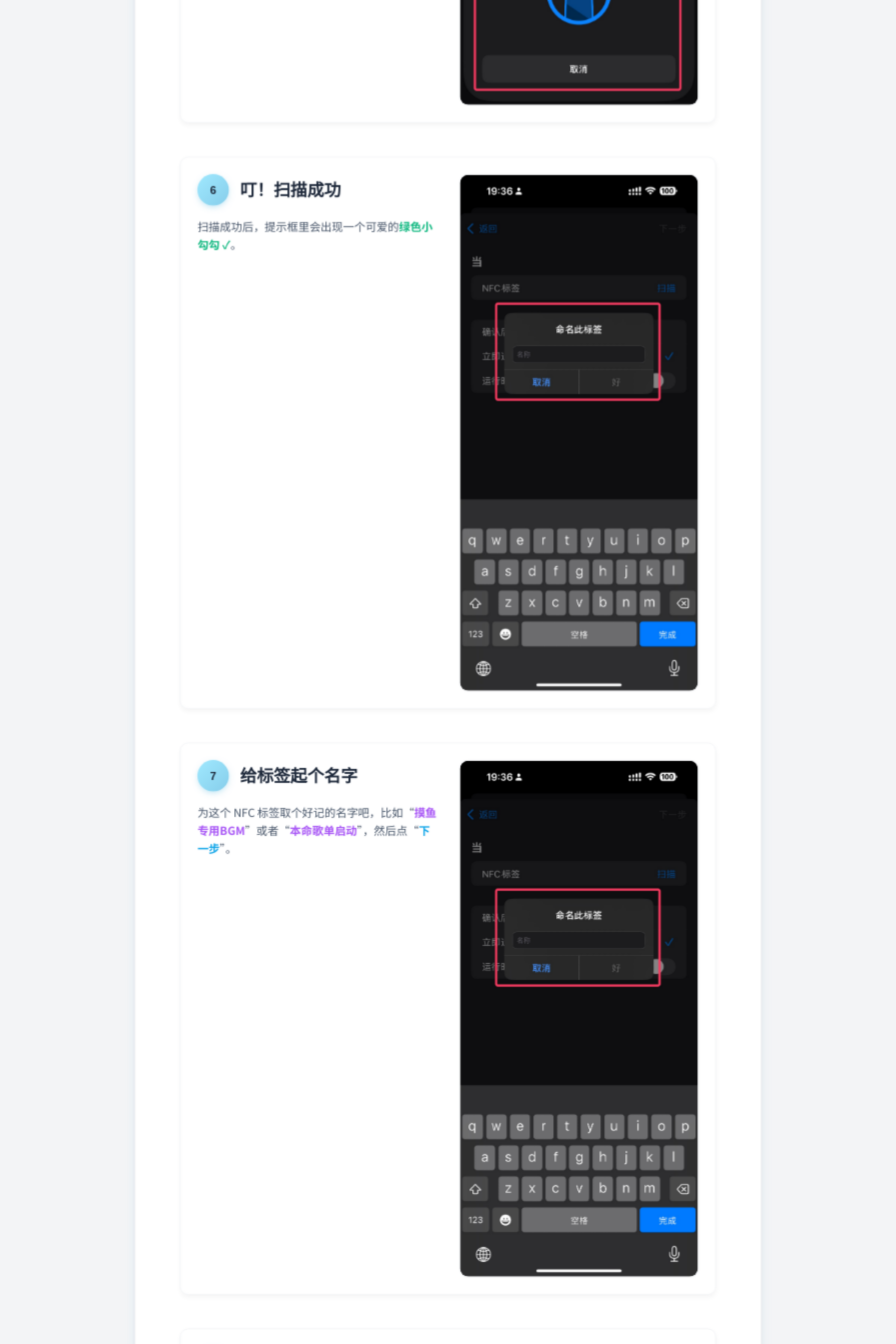
Repository: jememouse/nfc-music-card
Page: 苹果-NFC音乐小卡.html
The author's editor kept a copy of each file at every save. The page is drawn from the files as they stood at one save, then again after the next save.
The browser window is 1280 px wide. The pictures show the part of the page from y = 4334 to 6254 px (the page is 8575 px tall before and 7949 px after), at 70% of full size.
Pictures or frames that could not be fetched are drawn as grey boxes. Some web fonts or font styles are not loaded; a fallback is used. Some web libraries are served in a nearby version.

Above is the page before, as saved 2025-04-29 18:37:28.

After the next save:
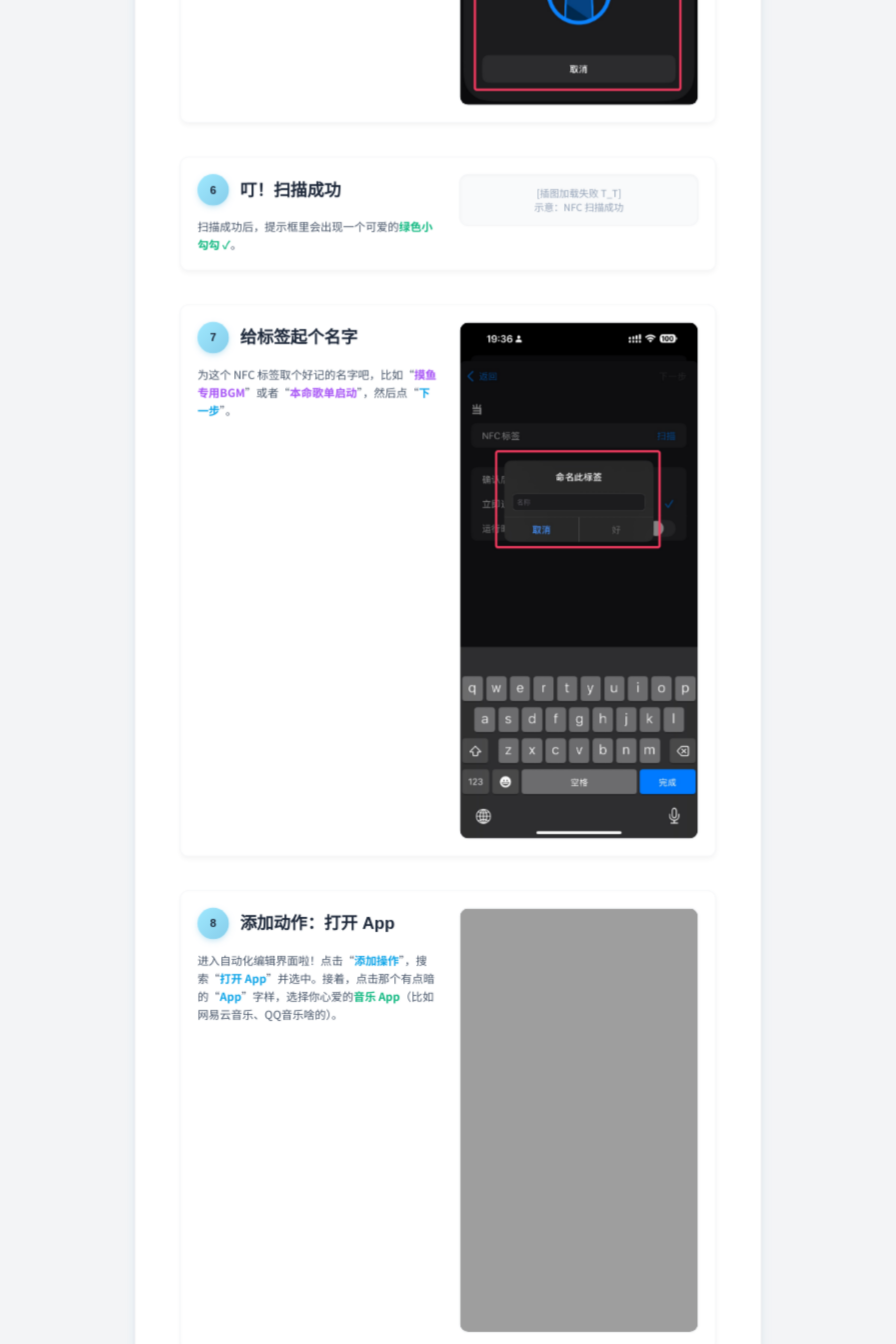
Console error: TypeError: Cannot read properties of null (reading 'style')
Not found: images/IMG_4609.jpeg
Saved 117 s later.
--- a/苹果-NFC音乐小卡.html
+++ b/苹果-NFC音乐小卡.html
@@ -315,7 +315,7 @@
                     </p>
                 </div>
                  <div class="md:w-1/2 mt-5 md:mt-0 instruction-image-container">
-                     <img src="images/IMG_4610.jpeg"
+                     <img src="images/IMG_4609.jpeg"
                           onerror="this.onerror=null; this.parentElement.innerHTML = '<div class=\'flex items-center justify-center h-full text-slate-400 text-sm p-4 text-center\'>[插图加载失败 T_T] <br> 示意：NFC 扫描成功</div>'; this.parentElement.style.border='1px dashed #cbd5e1'; this.parentElement.style.minHeight='200px';"
                           alt="[插图示意：显示“扫描NFC标签”弹窗，内容变为打勾图标]"
                           class="instruction-image">

After the 2 saves that followed:
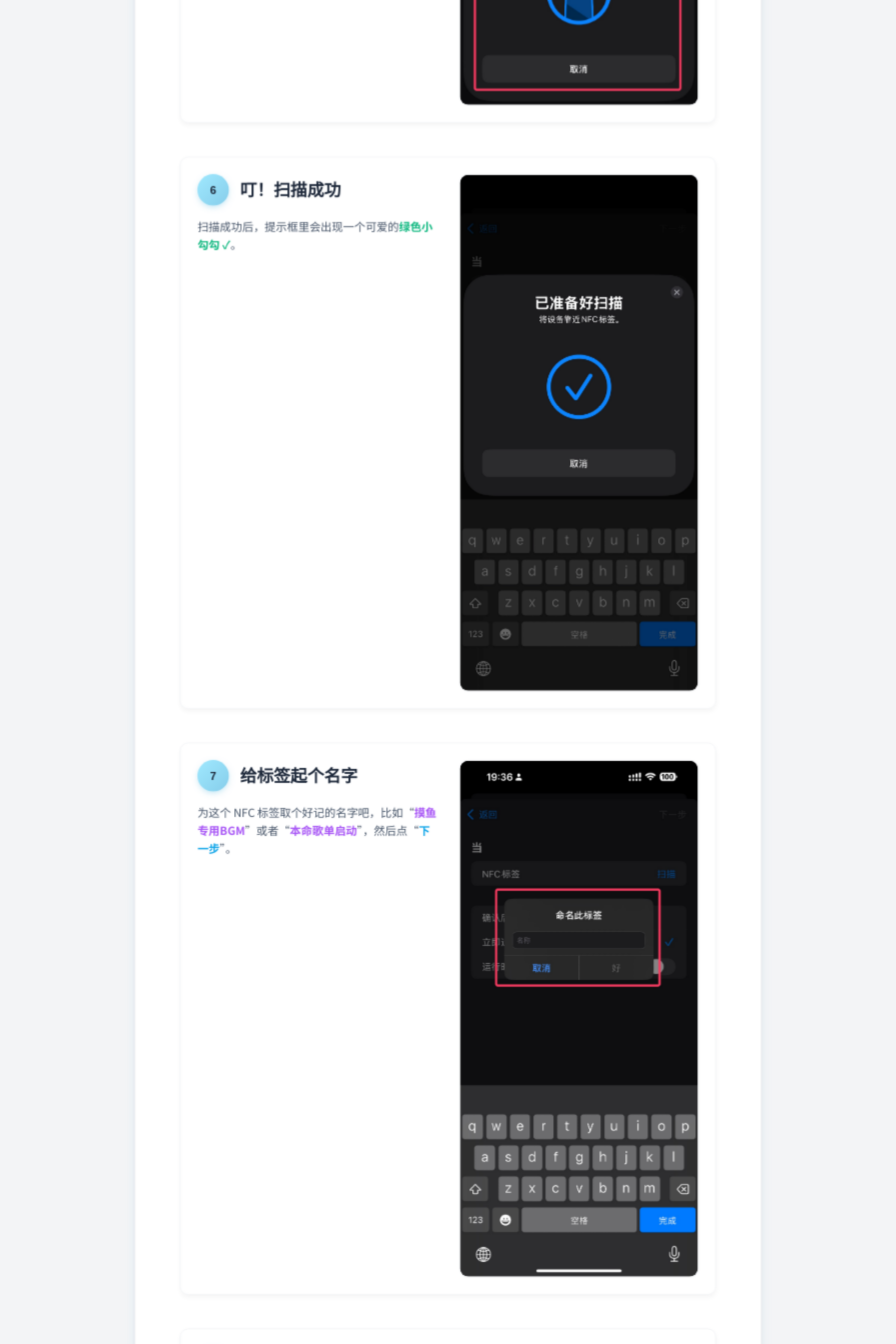
The error is gone.
The 2 saves are shown as one change because they came seconds apart.
The last was saved 36 s later.
--- a/苹果-NFC音乐小卡.html
+++ b/苹果-NFC音乐小卡.html
@@ -315,7 +315,7 @@
                     </p>
                 </div>
                  <div class="md:w-1/2 mt-5 md:mt-0 instruction-image-container">
-                     <img src="images/IMG_4609.jpeg"
+                     <img src="images/IMG_4609.webp"
                           onerror="this.onerror=null; this.parentElement.innerHTML = '<div class=\'flex items-center justify-center h-full text-slate-400 text-sm p-4 text-center\'>[插图加载失败 T_T] <br> 示意：NFC 扫描成功</div>'; this.parentElement.style.border='1px dashed #cbd5e1'; this.parentElement.style.minHeight='200px';"
                           alt="[插图示意：显示“扫描NFC标签”弹窗，内容变为打勾图标]"
                           class="instruction-image">
